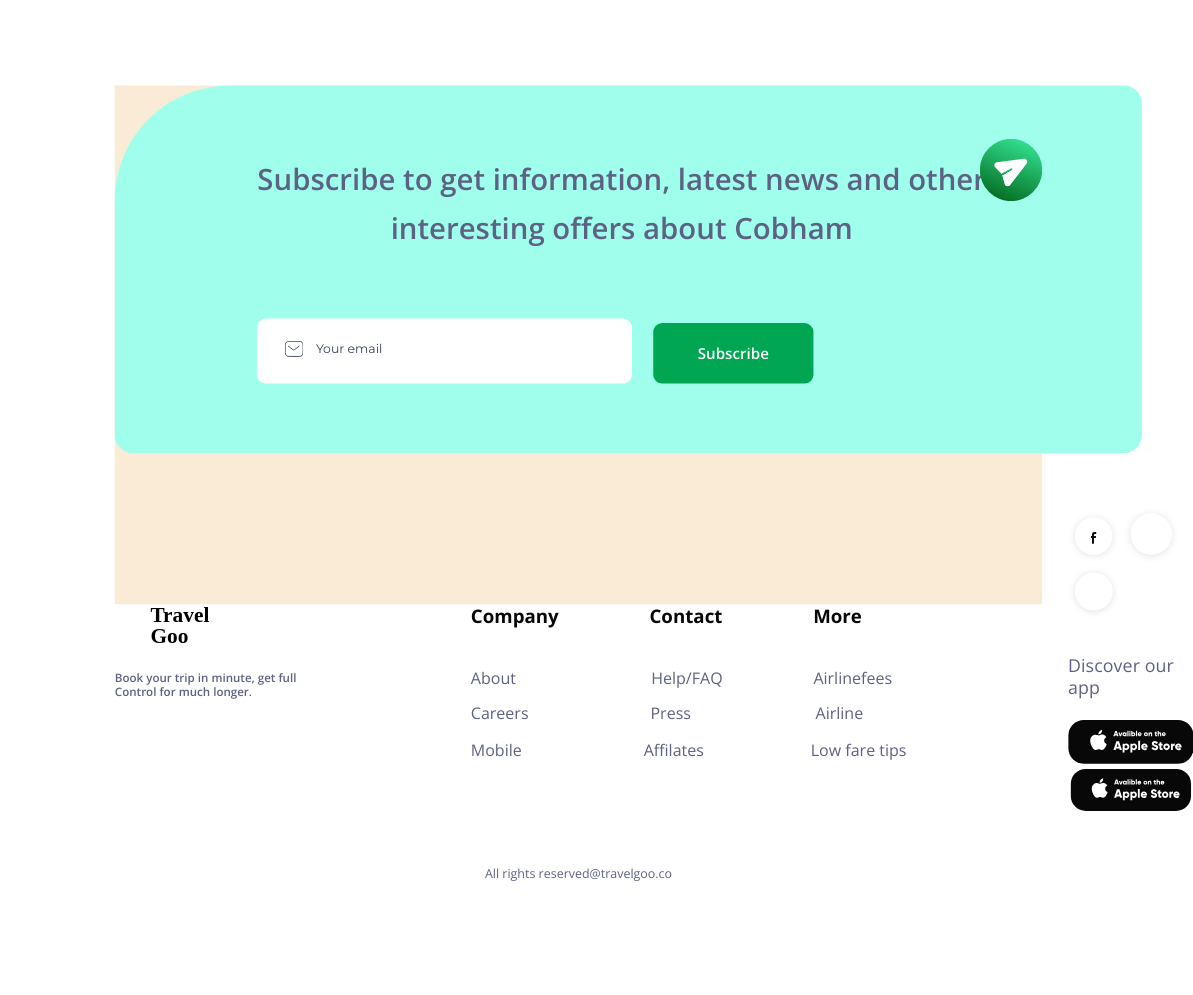
Repository: HeybetzadeQedim/task-5
Page: index.html
These files come from the project's save history. The page is drawn as it stood at one moment and after the next save; the edit follows.
The browser window is 1280 px wide. The page is 1341 px wide, so the pictures cover 1341 px, including what lies to the right of the window. The pictures show the whole page, at 89% of full size.
Some web fonts or font styles are not loaded; a fallback is used.

Above is the page before, as saved 2023-10-16 15:40:39.

### index.html
<!DOCTYPE html>
<html lang="en">
  <head>
    <meta charset="UTF-8" />
    <meta name="viewport" content="width=device-width, initial-scale=1.0" />
    <title>Document</title>
    <link rel="stylesheet" href="./index.css" />
  </head>
  <body>
    <div class="container">
        <div class="relative-container">
            <div class="box-container">
                <h1>
                  Subscribe to get information, latest news and other interesting offers
                  about Cobham
                </h1>

                <div class="flex-container">
                  <div class="flex-container-2">
                    <img src="images/Group 46.svg" />
                    <p>Your email</p>
                  </div>
                  <div class="button-container">
                    <p>Subscribe</p>
                  </div>
                </div>
              </div>
              <div class="image-container">
                <img src="images/Group 77 (1).svg" />
              </div>
        </div>

          <div class="main-container">
            <div>
              <div class="position-container">
                <h2>
                  Travel<br />
                  Goo
                </h2>
                <p>
                  Book your trip in minute, get full<br />
                  Control for much longer.
                </p>
              </div>

              <div class="li-container">
                <ul>
                  <li>Company</li>
                  <li>Contact</li>
                  <li>More</li>
                </ul>
              </div>
              <div class="li-container-2">
                <ul>
                  <li>About</li>
                  <li>Help/FAQ</li>
                  <li>Airlinefees</li>
                </ul>
              </div>
              <div class="li-container-3">
                <ul>
                  <li>Careers</li>
                  <li>Press</li>
                  <li>Airline</li>
                </ul>
              </div>
              <div class="li-container-4">
                <ul>
                  <li>Mobile</li>
                  <li>Affilates</li>
                  <li>Low fare tips</li>
                </ul>
              </div>
              <div class="last-container">
                <img src="images/Social.svg" />
                <img src="images/Background (1).svg" />
                <img src="images/Background (1).svg" />
                <p>Discover our app</p>
                <img src="images/Play Store.svg" />
                <img src="images/Play Store.svg" />
              </div>
            </div>
            <div class="footer-box">
              <p>All rights reserved@travelgoo.co</p>
            </div>
          </div>
    </div>

  </body>
</html>

### index.css
@import url("https://fonts.googleapis.com/css2?family=Laila:wght@700&family=Montserrat&family=Open+Sans:wght@400;600;700&display=swap");
* {
  padding: 0;
  margin: 0;
  box-sizing: border-box;
}
.container {
  padding: 96px 109px 64px 129px;
}
.box-container {
  padding: 79px 175px 78px 160px;
  margin-bottom: 170px;
  border-radius: 0px 24px 0px 50px;
  display: inline-block;
  background: #9fffec;
  border-radius: 129px 20px 20px 20px;

}
.box-container h1 {
  width: 819px;
  color: var(--TEXT-CLR, #5e6282);
  text-align: center;
  font-family: Open Sans;
  font-size: 33px;
  font-style: normal;
  font-weight: 600;
  line-height: 54px; /* 163.636% */
}
.box-container img:first-child {
  width: 70px;
  height: 70px;
}
.image-container {
  position: absolute;
  top: 60px;
  /* left: 1390px; */
  right: 0;
}
.relative-container{
  position: relative;
  background-color: antiquewhite;
}
.flex-container {
  display: flex;
}
.flex-container-2 {
  margin-top: 75px;
  padding: 25px 0 25px 31px;
  width: 421px;
  display: flex;
  border-radius: 10px;
  background: var(--white, #fff);
}
.flex-container-2 img:first-child {
  width: 21px;
  height: 18px;
}
.flex-container-2 p {
  margin-left: 14px;
  color: var(--TEXT-COLOR, #39425d);
  font-family: Montserrat;
  font-size: 14px;
  font-style: normal;
  font-weight: 400;
  line-height: normal;
}
.button-container p {
  margin-top: 80px;
  margin-left: 24px;
  padding: 22px 50px 23px 50px;
  border-radius: 10px;
  background-color: #00a651;
  display: inline-block;
  color: var(--white, #fff);
  text-align: center;
  font-family: Open Sans;
  font-size: 17px;
  font-style: normal;
  font-weight: 600;
  line-height: normal;
}

.position-container {
  position: absolute;
}
.main-container h2 {
  margin-bottom: 25px;
  margin-left: 40px;
  color: #000;
  font-family: Laila;
  font-size: 24px;
  font-style: normal;
  font-weight: 700;
  line-height: 102.5%;
}
.main-container p {
  color: var(--TEXT-CLR, #5e6282);
  font-family: Open Sans;
  font-size: 13px;
  font-style: normal;
  font-weight: 600;
  line-height: 124.5%;
}
.li-container {
  margin-left: 400px;
}
.li-container ul {
  display: flex;
}
.li-container li {
  list-style-type: none;
  color: var(--black, #080809);
  font-family: Open Sans;
  font-size: 21px;
  font-style: normal;
  font-weight: 700;
  line-height: 124.5%;
}
.li-container li:nth-child(2) {
  margin-left: 102px;
  margin-right: 102px;
}
.li-container-2 {
  margin-top: 45px;
  margin-left: 400px;
}
.li-container-2 ul {
  display: flex;
}
.li-container-2 li {
  list-style-type: none;
  color: var(--TEXT-CLR, #5e6282);
  font-family: Open Sans;
  font-size: 18px;
  font-style: normal;
  font-weight: 400;
  line-height: 124.5%;
}
.li-container-2 li:first-child {
  margin-right: 50px;
}
.li-container-2 li:nth-child(2) {
  margin-left: 102px;
  margin-right: 102px;
}
.li-container-3 {
  margin-top: 18px;
  margin-left: 400px;
}
.li-container-3 ul {
  display: flex;
}
.li-container-3 li {
  list-style-type: none;
  color: var(--TEXT-CLR, #5e6282);
  font-family: Open Sans;
  font-size: 18px;
  font-style: normal;
  font-weight: 400;
  line-height: 124.5%;
}
.li-container-3 li:first-child {
  margin-right: 35px;
}
.li-container-3 li:nth-child(2) {
  margin-left: 102px;
  margin-right: 140px;
}
.li-container-4 {
  margin-top: 18px;
  margin-left: 400px;
}
.li-container-4 ul {
  display: flex;
}
.li-container-4 li {
  list-style-type: none;
  color: var(--TEXT-CLR, #5e6282);
  font-family: Open Sans;
  font-size: 18px;
  font-style: normal;
  font-weight: 400;
  line-height: 124.5%;
}
.li-container-4 li:first-child {
  margin-right: 35px;
}
.li-container-4 li:nth-child(2) {
  margin-left: 102px;
  margin-right: 120px;
}
.last-container {
  position: absolute;
  top: 570px;
  left: 1200px;
}
.last-container p {
  /* margin-right: 160px; */
  margin-bottom: 22px;
  margin-top: 37px;
  color: var(--TEXT-CLR, #5e6282);
  font-family: Open Sans;
  font-size: 20px;
  font-style: normal;
  font-weight: 400;
  line-height: 124.5%;
  letter-spacing: 0.1px;
}
.last-container img:first-child {
  width: 58px;
  height: 58px;
}
.last-container img:nth-child(2) {
  width: 63px;
  height: 63px;
}
.last-container img:nth-child(3) {
  /* margin-right: 150px; */
  width: 58px;
  height: 58px;
}
.last-container img:nth-child(4) {
  width: 141px;
  height: 49px;
}
.last-container img:last-child {
  /* margin-right: 40px; */
  width: 141px;
  height: 49px;
}
.footer-container p{
  color: var(--3rd, #e5e5e5);
  font-family: Roboto;
  font-size: 22px;
  font-style: normal;
  font-weight: 400;
  line-height: normal;
}
.footer-box p {
  margin-top: 120px;
  margin-bottom: 64px;
  text-align: center;
  color: var(--TEXT-CLR, #5e6282);
  font-family: Open Sans;
  font-size: 14px;
  font-style: normal;
  font-weight: 400;
  line-height: 124.5%;
}
.flex-box {
  display: flex;
}
.flex-box-2 {
  margin-right: 22px;
  margin-left: 22px;
}
.flex-box-3 {
  margin-right: 22px;
}
.flex-box-4 {
  margin-left: 22px;
  margin-right: 22px;
}
.flex-box-5 {
  margin-right: 22px;
}

After the next save:
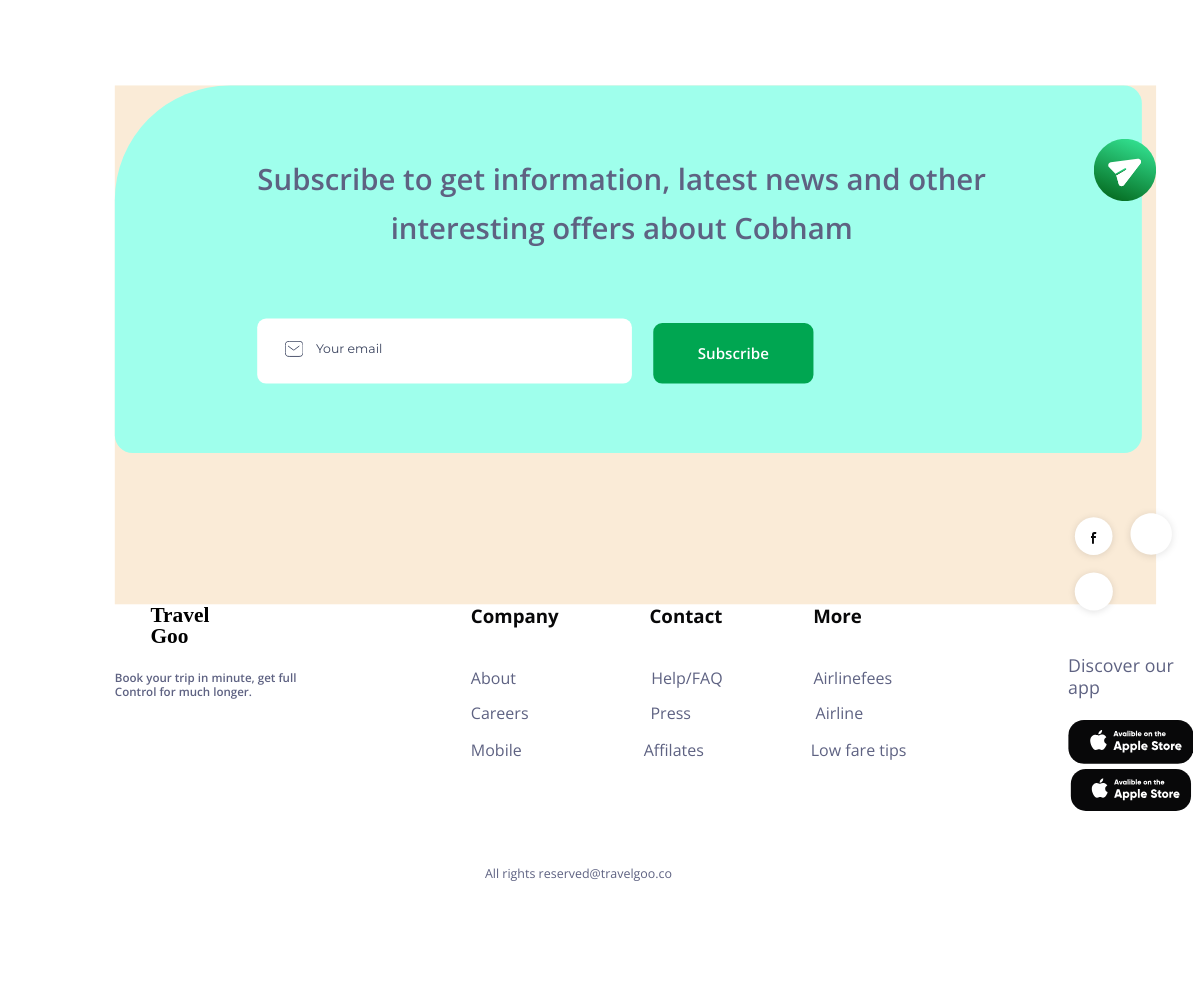
Saved 38 s later.
--- a/index.css
+++ b/index.css
@@ -37,6 +37,8 @@
   right: 0;
 }
 .relative-container{
+  width: 1170px;
+
   position: relative;
   background-color: antiquewhite;
 }
